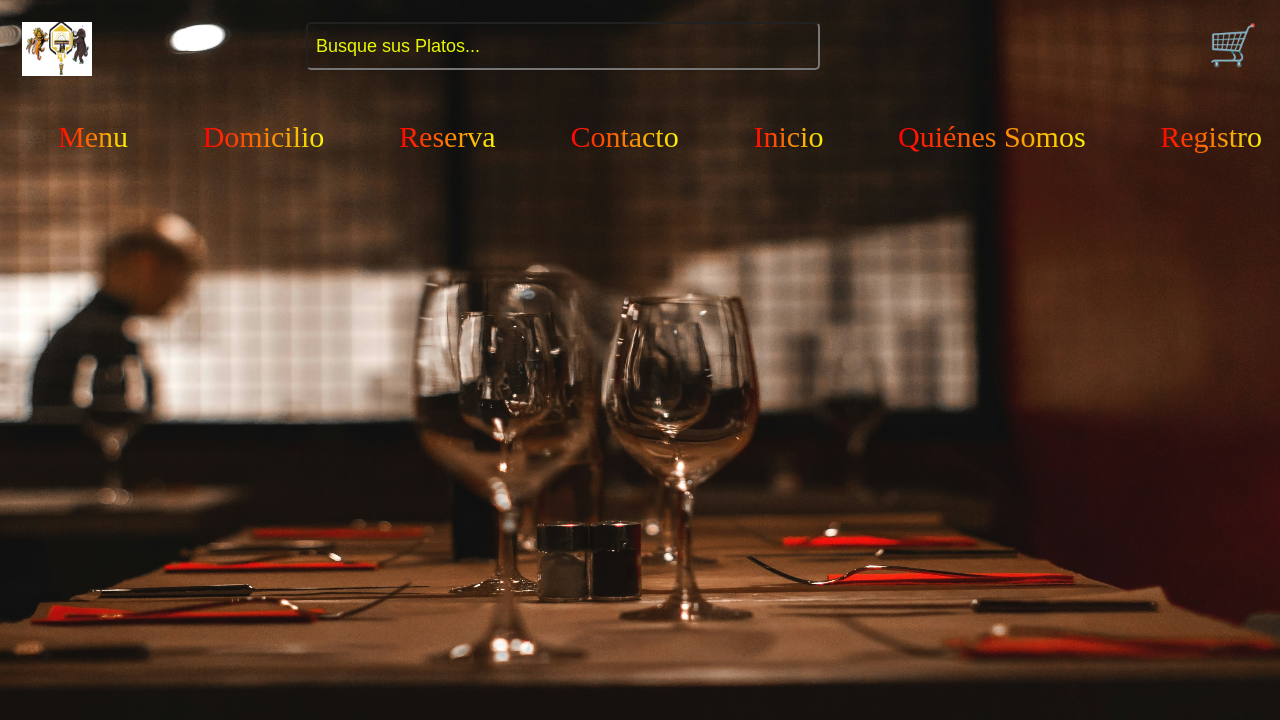
Repository: ye909/app_restaurante
Page: index.html
An editor plug-in stored every save of this project. The page is shown before and after the next save, followed by the edit.
The browser window is 1280 px wide. The pictures show the whole page.

Above is the page before, as saved 2025-01-11 23:23:59.
Console error: TypeError: Cannot read properties of null (reading 'addEventListener')

After the next save:
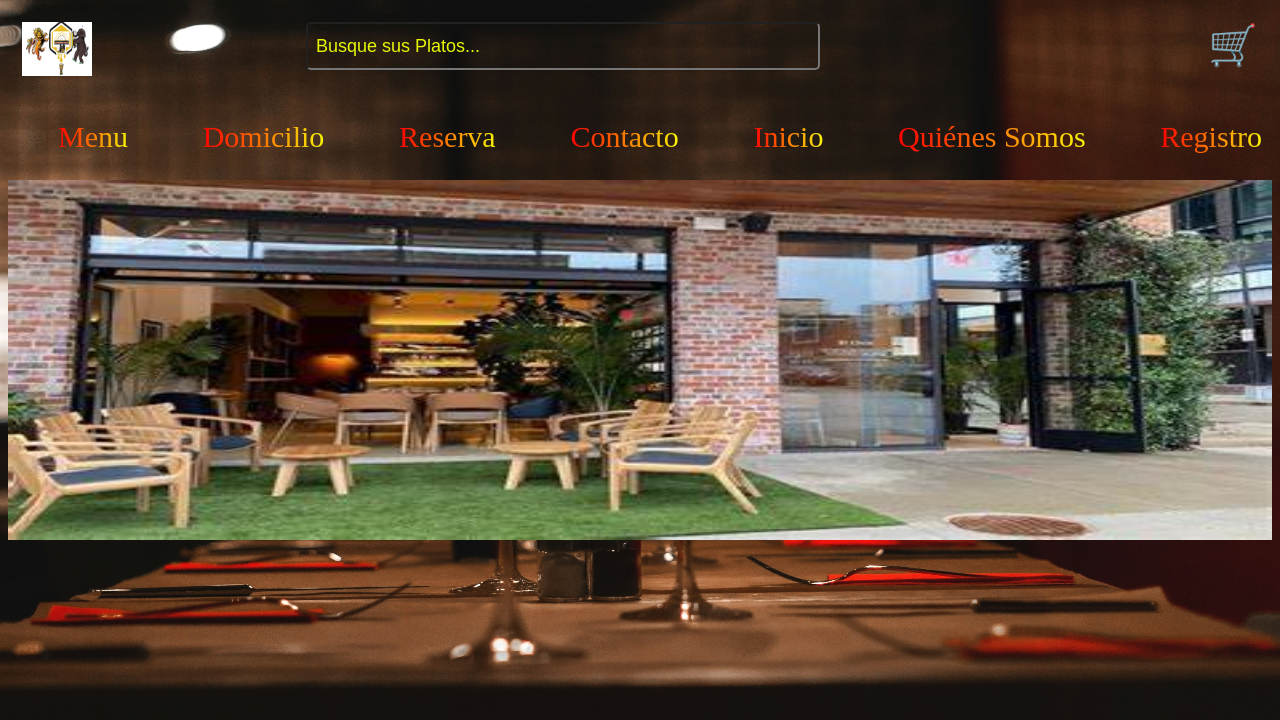
Saved 15 s later.
--- a/index.html
+++ b/index.html
@@ -42,7 +42,7 @@
       <li><a href="./public/templeis/registro.html" target="_blank">Registro</a> </li>
     </ul>
   </nav>
-  <!-- <img src="./public/imagen/rrstaurante1.jpg" alt="" class="imgRestaurante">
+ <img src="./public/imagen/rrstaurante1.jpg" alt="" class="imgRestaurante">
 
   <main id="menu-view" class="menu-view">
     <div class="filter-buttons">
@@ -58,7 +58,7 @@
     <audio id="clickSound" src="./public/audio/mouse_btn3.mp3"></audio>
   </main>
 
-
+  <!--
   <main id="cart-view" class="cart-view">
     <h2 class="carro">Carrito de Compras</h2>
     <div id="cart-items" class="cart-items"></div>
